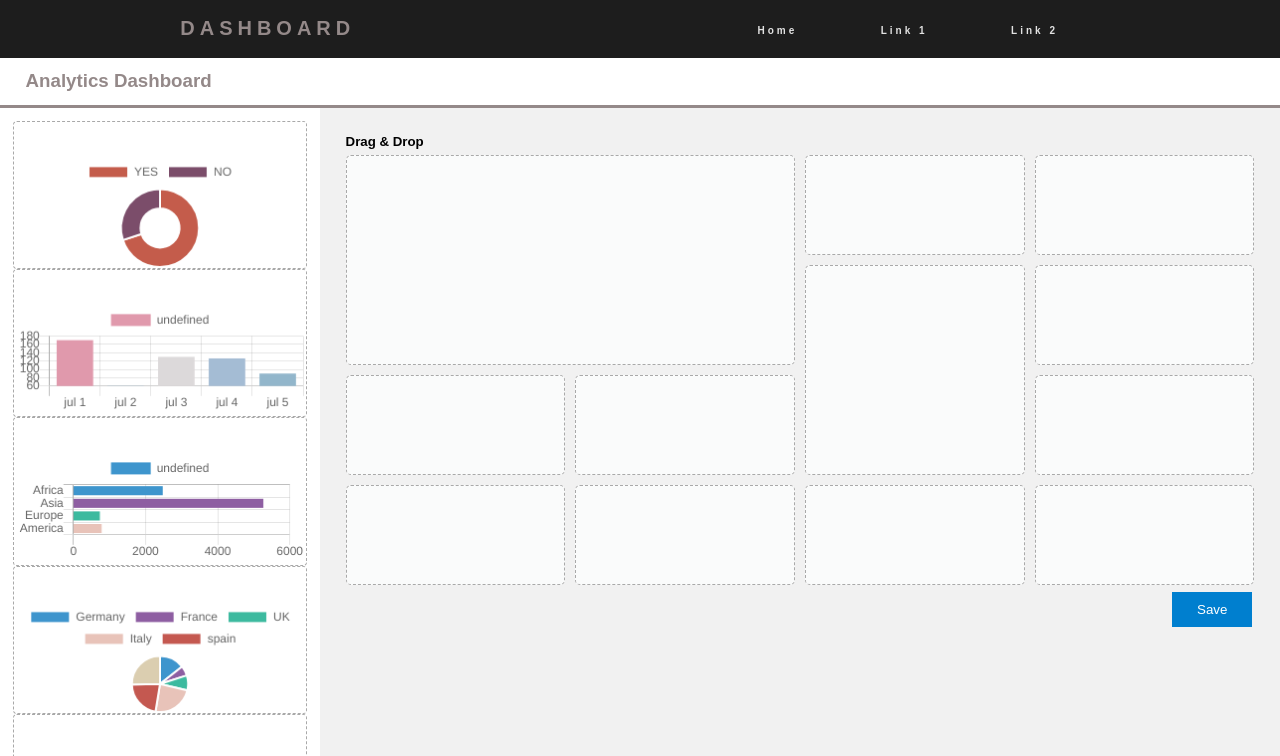
Repository: nourabdelhakam/drag-drop
Page: index.html
The author's editor kept a copy of each file at every save. The page is drawn from the files as they stood at one save, then again after the next save.
The browser window is 1280 px wide. The pictures show the whole page.
Some web libraries are served in a nearby version.

Above is the page before, as saved 2020-07-05 21:48:49.

After the next save:
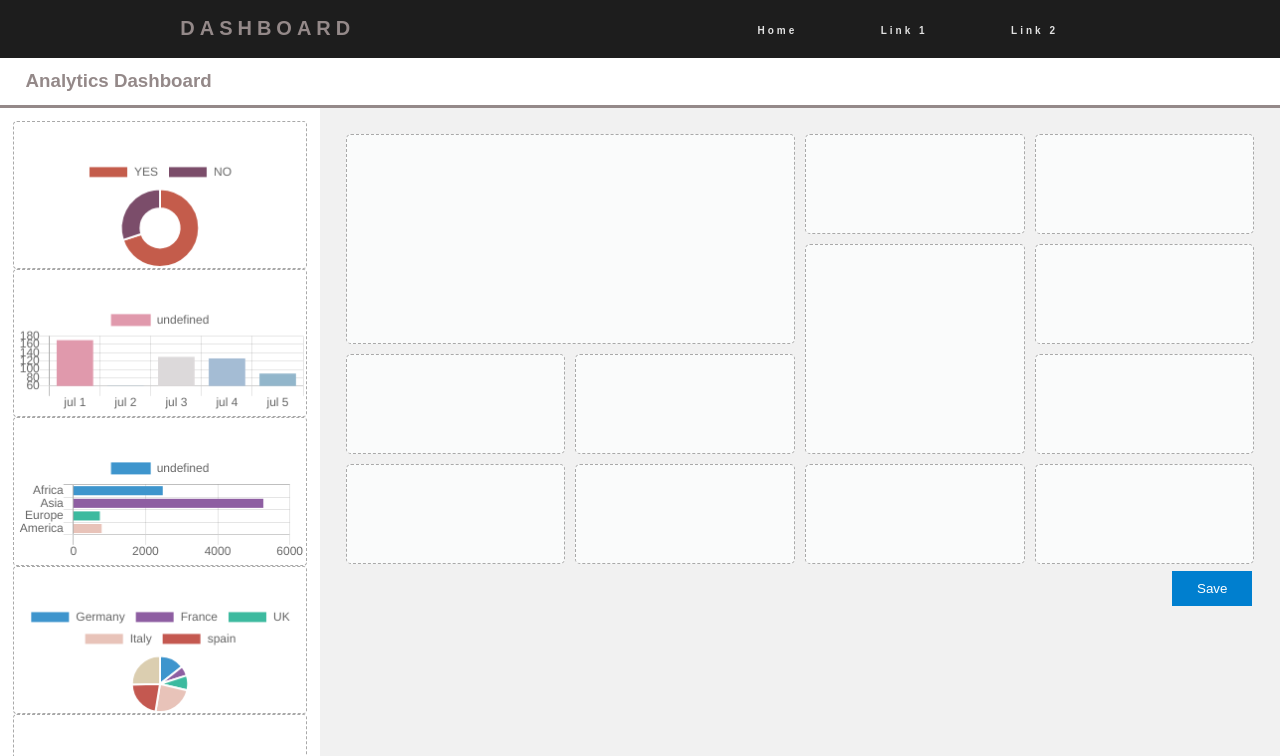
Saved 87 s later.
--- a/index.html
+++ b/index.html
@@ -40,7 +40,7 @@
                 </div>
               </div>
               <div class="right">
-                  <h5>Drag & Drop</h5>
+                  <!-- <h5>Drag & Drop</h5> -->
                   <div class="wrapper" id="wrapper">
                     <div class="list" id="spot-1"></div>
                     <div class="list" id="spot-2"></div>
